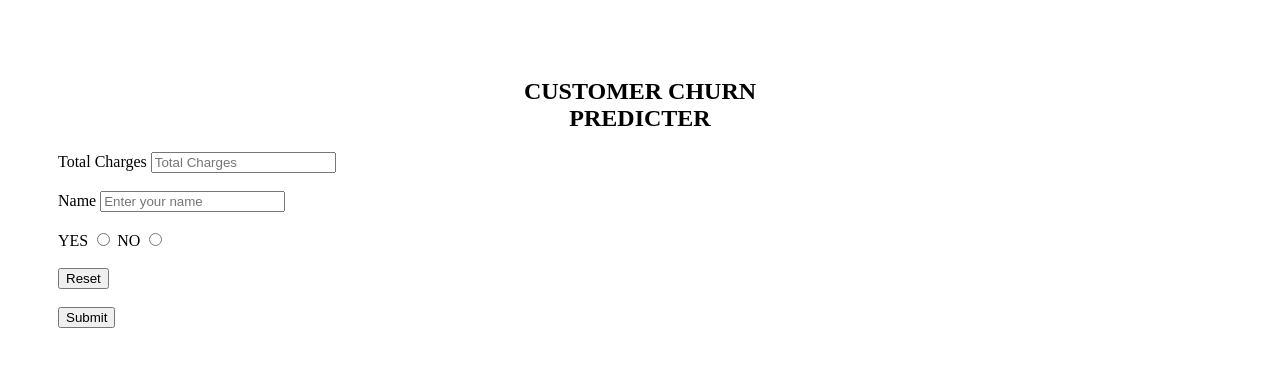
Repository: Cedrqmwesigwa/customer-churn-Bank
Page: index.html
The author's editor kept a copy of each file at every save. The page is drawn from the files as they stood at one save, then again after the next save.
The browser window is 1280 px wide. The pictures show the whole page.

Above is the page before, as saved 2024-05-21 03:38:23.

After the next save:
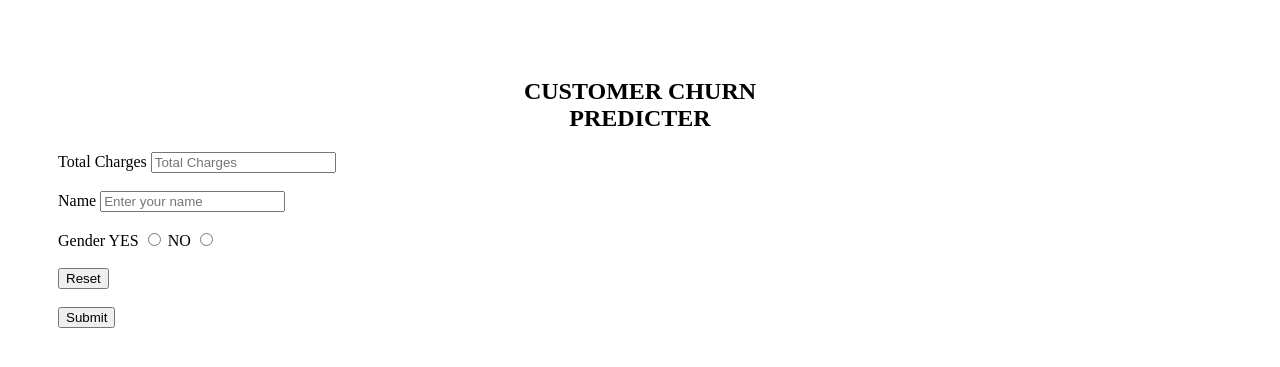
Saved 6 s later.
--- a/index.html
+++ b/index.html
@@ -47,7 +47,7 @@
                     <br>
 
                     <div>
-                        <label for=""></label>
+                        <label for="gender"> Gender </label>
                         <label>YES</label>
                         <input type="radio" name="title" value="YES">
 
